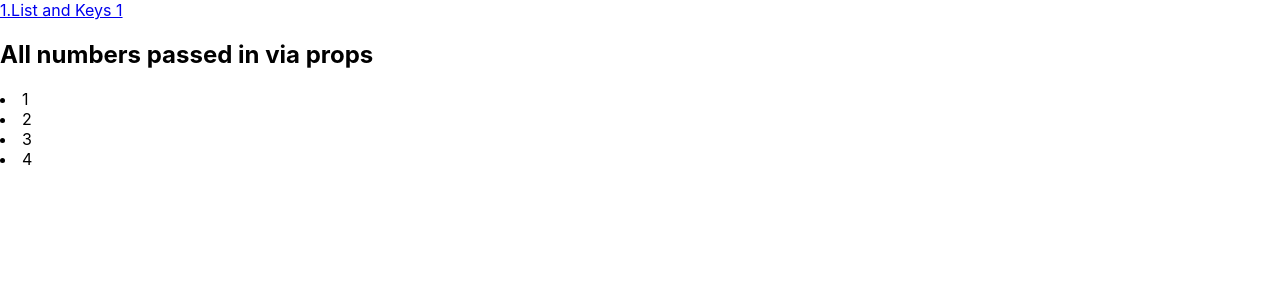
Repository: MukHansen/ReactUge
Page: / (app in wednesday_exercises/)
An editor plug-in stored every save of this project. The page is shown before and after the next save, followed by the edit.
The browser window is 1280 px wide. The pictures show the whole page.
The project was rebuilt for these pictures with package versions that can differ from the ones it lists, and the page was loaded fresh each time.

Above is the page before, as saved 2019-10-30 17:28:21.

### wednesday_exercises/src/index.js
import React from "react";
import ReactDOM from "react-dom";
import "./index.css";
import App from "./App";


let app = <App/>

const DontUseMeForReal = () => {
    return (
        <div className="App" onClick={handleSelect}>
         <a href="/"  className="x" id="app1">1.List and Keys 1</a> &nbsp;

         {/* Add as many as you have exercises, but remember className="x" */}
         {app}
        </div>
    )
}

function handleSelect(event) {
    event.preventDefault();
    if(event.target.className!=="x"){
      return
    }
    const id = event.target.id;
    switch (id) {
        case "app1": app = <App />; break;

    }
    ReactDOM.render(<DontUseMeForReal />, document.getElementById('root'));
}

ReactDOM.render(<DontUseMeForReal />, document.getElementById("root"));

### wednesday_exercises/src/App.js
import React, { useState } from "react";

function NumberList({ numbers }) {
  console.log("--NUMBERS -->",numbers)
  const listItems = numbers.map(n => <li key={n}>{n}</li>);
  return  listItems ;
}
function ListDemo(props) {
  console.log(props.numbers)
  return (
    <div>
      <h2>All numbers passed in via props</h2>
      <NumberList numbers={props.numbers} />
    </div>
  );
}
export default function App() {
  const [numbers] = useState([1, 2, 3, 4]);
  return <ListDemo numbers={numbers} />;
}

Loaded but not shown: wednesday_exercises/public/index.html (common file); wednesday_exercises/src/index.css (common file)

After the next save:
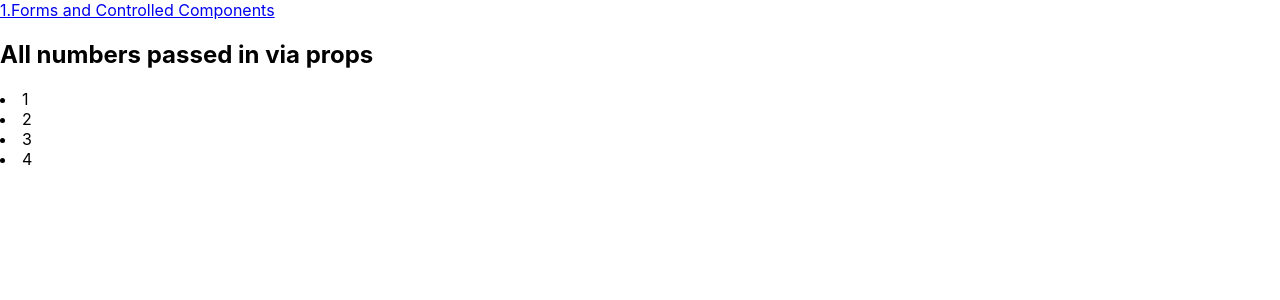
Saved 18 min 20 s later.
--- a/wednesday_exercises/src/index.js
+++ b/wednesday_exercises/src/index.js
@@ -9,7 +9,7 @@ let app = <App/>
 const DontUseMeForReal = () => {
     return (
         <div className="App" onClick={handleSelect}>
-         <a href="/"  className="x" id="app1">1.List and Keys 1</a> &nbsp;
+         <a href="/"  className="x" id="app1">1.Forms and Controlled Components</a> &nbsp;
 
          {/* Add as many as you have exercises, but remember className="x" */}
          {app}
